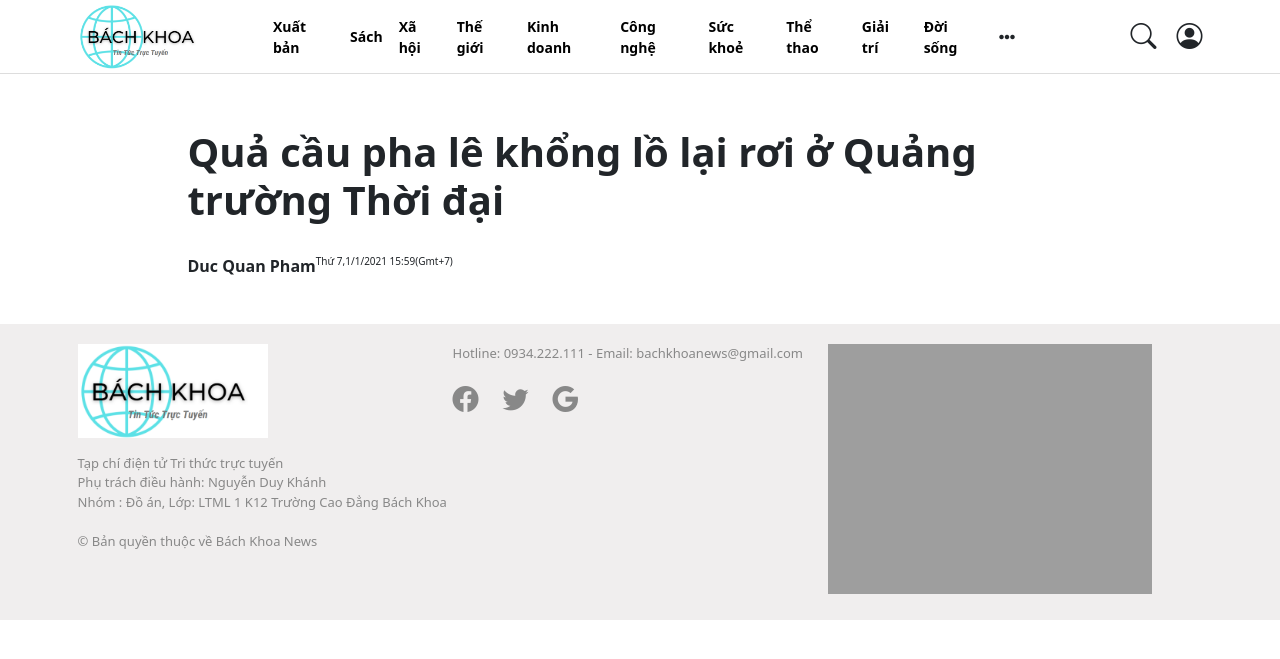
Repository: khanh2324/Java_Web
Page: WebContent/home-new/index.html
These files come from the project's save history. The page is drawn as it stood at one moment and after the next save; the edit follows.
The browser window is 1280 px wide. The pictures show the whole page.
Pictures or frames that could not be fetched are drawn as grey boxes. Some web libraries are served in a nearby version.

Above is the page before, as saved 2022-01-01 16:03:31.

### WebContent/home-new/index.html
<!DOCTYPE html>
<html lang="en">
<head>
    <meta charset="UTF-8">
    <meta http-equiv="X-UA-Compatible" content="IE=edge">
    <meta name="viewport" content="width=device-width, initial-scale=1.0">
    <title>Bách Khoa News</title>
    <!-- Icon Boostrap -->
    <link rel="stylesheet" href="https://cdn.jsdelivr.net/npm/bootstrap-icons@1.3.0/font/bootstrap-icons.css">
    <!-- Link Font -->
    <link href="https://fonts.googleapis.com/css2?family=Roboto:ital,wght@0,100;0,300;0,400;0,500;0,700;0,900;1,100;1,300;1,400;1,500;1,700;1,900&display=swap" rel="stylesheet">

    <!-- OWL -->
    <link rel="stylesheet" href="./css/owl.carousel.min.css">
    <link rel="stylesheet" href="./css/owl.theme.default.min.css">

    <!--Font Awesome -->
    <link rel="stylesheet" href="https://cdnjs.cloudflare.com/ajax/libs/font-awesome/5.15.4/css/all.min.css" integrity="sha512-1ycn6IcaQQ40/MKBW2W4Rhis/DbILU74C1vSrLJxCq57o941Ym01SwNsOMqvEBFlcgUa6xLiPY/NS5R+E6ztJQ==" crossorigin="anonymous" referrerpolicy="no-referrer" />
    <!-- CSS-->
    <link rel="stylesheet" href="./css/bootstrap.css">
    <link rel="stylesheet" href="./css/shared.css">
    <link rel="stylesheet" href="./css/style.css">
    <link rel="stylesheet" href="./css/responsive.css">
</head>
<body>
    <div class="main">
        <!-- Header -->
        <div class="header navbar navbar-expand-lg navbar-light fixed-top d-flex">
            <div class="container">

                <div class="col-lg-2 col-10 header-logo">
                    <a class="header-logo_link" href="#">
                        <div class="header-logo_img"></div>
                    </a>
                </div>

                <div class="col-lg-8 header-nav d-flex">
                    <ul class="header-nav_list d-lg-flex d-none">
                        <li class="header-nav_item">
                            <a href="" class="header-nav_link">Xuất bản</a>
                        </li>
                        <li class="header-nav_item">
                            <a href="" class="header-nav_link">Sách</a>
                        </li>
                        <li class="header-nav_item">
                            <a href="" class="header-nav_link">Xã hội</a>
                        </li>
                        <li class="header-nav_item">
                            <a href="" class="header-nav_link">Thế giới</a>
                        </li>
                        <li class="header-nav_item">
                            <a href="" class="header-nav_link">Kinh doanh</a>
                        </li>
                        <li class="header-nav_item">
                            <a href="" class="header-nav_link">Công nghệ</a>
                        </li>
                        <li class="header-nav_item">
                            <a href="" class="header-nav_link">Sức khoẻ</a>
                        </li>
                        <li class="header-nav_item">
                            <a href="" class="header-nav_link">Thể thao</a>
                        </li>
                        <li class="header-nav_item">
                            <a href="" class="header-nav_link">Giải trí</a>
                        </li>
                        <li class="header-nav_item">
                            <a href="" class="header-nav_link">Đời sống</a>
                        </li>
                    </ul>

                    <div class="header-nav_btn">
                        <i class="fas fa-ellipsis-h"></i>
                    </div>
                </div>

                <div class="col-lg-2">
                    <div class="d-flex justify-content-end">
                        <div class="header-search">
                            <i class="bi bi-search"></i>
                        </div>

                        <div class="header-user">
                            <i class="bi bi-person-circle"></i>

                            <div class="user-options d-none">
                                <ul class="user-options_list">
                                    <li class="user-options_item">
                                        <a href="" class="user-options_link">Đăng ký</a>
                                    </li>
                                    <li class="user-options_item">
                                        <a href="" class="user-options_link">Đăng nhập</a>
                                    </li>
                                </ul>
                            </div>
                        </div>


                    </div>

                </div>
            </div>

        </div>

        <!-- Sub Nav -->
        <div class="header-subnav navbar navbar-expand-lg navbar-light fixed-top d-none">
            <div class="container flex-wrap">
                <div class="col-lg-2 header-subnav_wrap">
                    <div class="header-subnav_title">Xã Hội</div>
                    <ul class="header-subnav_list">
                        <li class="header-subnav_item">
                            <a href="" class="header-subnav_link">Chính trị</a>
                        </li>
                        <li class="header-subnav_item">
                            <a href="" class="header-subnav_link">Nhân sự mới</a>
                        </li>
                        <li class="header-subnav_item">
                            <a href="" class="header-subnav_link">Đô thị</a>
                        </li>
                        <li class="header-subnav_item">
                            <a href="" class="header-subnav_link">Giao thông</a>
                        </li>
                        <li class="header-subnav_item">
                            <a href="" class="header-subnav_link">Saigon Metro</a>
                        </li>
                        <li class="header-subnav_item">
                            <a href="" class="header-subnav_link">Sáng kiến chống dịch</a>
                        </li>
                    </ul>
                </div>

                <div class="col-lg-2 header-subnav_wrap">
                    <div class="header-subnav_title">Xã Hội</div>
                    <ul class="header-subnav_list">
                        <li class="header-subnav_item">
                            <a href="" class="header-subnav_link">Chính trị</a>
                        </li>
                        <li class="header-subnav_item">
                            <a href="" class="header-subnav_link">Nhân sự mới</a>
                        </li>
                        <li class="header-subnav_item">
                            <a href="" class="header-subnav_link">Đô thị</a>
                        </li>
                        <li class="header-subnav_item">
                            <a href="" class="header-subnav_link">Giao thông</a>
                        </li>
                        <li class="header-subnav_item">
                            <a href="" class="header-subnav_link">Saigon Metro</a>
                        </li>
                        <li class="header-subnav_item">
                            <a href="" class="header-subnav_link">Sáng kiến chống dịch</a>
                        </li>
                    </ul>
                </div>

                <div class="col-lg-2 header-subnav_wrap">
                    <div class="header-subnav_title">Xã Hội</div>
                    <ul class="header-subnav_list">
                        <li class="header-subnav_item">
                            <a href="" class="header-subnav_link">Chính trị</a>
                        </li>
                        <li class="header-subnav_item">
                            <a href="" class="header-subnav_link">Nhân sự mới</a>
                        </li>
                        <li class="header-subnav_item">
                            <a href="" class="header-subnav_link">Đô thị</a>
                        </li>
                        <li class="header-subnav_item">
                            <a href="" class="header-subnav_link">Giao thông</a>
                        </li>
                        <li class="header-subnav_item">
                            <a href="" class="header-subnav_link">Saigon Metro</a>
                        </li>
                        <li class="header-subnav_item">
                            <a href="" class="header-subnav_link">Sáng kiến chống dịch</a>
                        </li>
                    </ul>
                </div>

                <div class="col-lg-2 header-subnav_wrap">
                    <div class="header-subnav_title">Xã Hội</div>
                    <ul class="header-subnav_list">
                        <li class="header-subnav_item">
                            <a href="" class="header-subnav_link">Chính trị</a>
                        </li>
                        <li class="header-subnav_item">
                            <a href="" class="header-subnav_link">Nhân sự mới</a>
                        </li>
                        <li class="header-subnav_item">
                            <a href="" class="header-subnav_link">Đô thị</a>
                        </li>
                        <li class="header-subnav_item">
                            <a href="" class="header-subnav_link">Giao thông</a>
                        </li>
                        <li class="header-subnav_item">
                            <a href="" class="header-subnav_link">Saigon Metro</a>
                        </li>
                        <li class="header-subnav_item">
                            <a href="" class="header-subnav_link">Sáng kiến chống dịch</a>
                        </li>
                    </ul>
                </div>

                <div class="col-lg-2 header-subnav_wrap">
                    <div class="header-subnav_title">Xã Hội</div>
                    <ul class="header-subnav_list">
                        <li class="header-subnav_item">
                            <a href="" class="header-subnav_link">Chính trị</a>
                        </li>
                        <li class="header-subnav_item">
                            <a href="" class="header-subnav_link">Nhân sự mới</a>
                        </li>
                        <li class="header-subnav_item">
                            <a href="" class="header-subnav_link">Đô thị</a>
                        </li>
                        <li class="header-subnav_item">
                            <a href="" class="header-subnav_link">Giao thông</a>
                        </li>
                        <li class="header-subnav_item">
                            <a href="" class="header-subnav_link">Saigon Metro</a>
                        </li>
                        <li class="header-subnav_item">
                            <a href="" class="header-subnav_link">Sáng kiến chống dịch</a>
                        </li>
                    </ul>
                </div>

                <div class="col-lg-2 header-subnav_wrap">
                    <div class="header-subnav_title">Xã Hội</div>
                    <ul class="header-subnav_list">
                        <li class="header-subnav_item">
                            <a href="" class="header-subnav_link">Chính trị</a>
                        </li>
                        <li class="header-subnav_item">
                            <a href="" class="header-subnav_link">Nhân sự mới</a>
                        </li>
                        <li class="header-subnav_item">
                            <a href="" class="header-subnav_link">Đô thị</a>
                        </li>
                        <li class="header-subnav_item">
                            <a href="" class="header-subnav_link">Giao thông</a>
                        </li>
                        <li class="header-subnav_item">
                            <a href="" class="header-subnav_link">Saigon Metro</a>
                        </li>
                        <li class="header-subnav_item">
                            <a href="" class="header-subnav_link">Sáng kiến chống dịch</a>
                        </li>
                    </ul>
                </div>

                <div class="col-lg-2 header-subnav_wrap">
                    <div class="header-subnav_title">Xã Hội</div>
                    <ul class="header-subnav_list">
                        <li class="header-subnav_item">
                            <a href="" class="header-subnav_link">Chính trị</a>
                        </li>
                        <li class="header-subnav_item">
                            <a href="" class="header-subnav_link">Nhân sự mới</a>
                        </li>
                        <li class="header-subnav_item">
                            <a href="" class="header-subnav_link">Đô thị</a>
                        </li>
                        <li class="header-subnav_item">
                            <a href="" class="header-subnav_link">Giao thông</a>
                        </li>
                        <li class="header-subnav_item">
                            <a href="" class="header-subnav_link">Saigon Metro</a>
                        </li>
                        <li class="header-subnav_item">
                            <a href="" class="header-subnav_link">Sáng kiến chống dịch</a>
                        </li>
                    </ul>
                </div>

                <div class="col-lg-2 header-subnav_wrap">
                    <div class="header-subnav_title">Xã Hội</div>
                    <ul class="header-subnav_list">
                        <li class="header-subnav_item">
                            <a href="" class="header-subnav_link">Chính trị</a>
                        </li>
                        <li class="header-subnav_item">
                            <a href="" class="header-subnav_link">Nhân sự mới</a>
                        </li>
                        <li class="header-subnav_item">
                            <a href="" class="header-subnav_link">Đô thị</a>
                        </li>
                        <li class="header-subnav_item">
                            <a href="" class="header-subnav_link">Giao thông</a>
                        </li>
                        <li class="header-subnav_item">
                            <a href="" class="header-subnav_link">Saigon Metro</a>
                        </li>
                        <li class="header-subnav_item">
                            <a href="" class="header-subnav_link">Sáng kiến chống dịch</a>
                        </li>
                    </ul>
                </div>

                <div class="col-lg-2 header-subnav_wrap">
                    <div class="header-subnav_title">Xã Hội</div>
                    <ul class="header-subnav_list">
                        <li class="header-subnav_item">
                            <a href="" class="header-subnav_link">Chính trị</a>
                        </li>
                        <li class="header-subnav_item">
                            <a href="" class="header-subnav_link">Nhân sự mới</a>
                        </li>
                        <li class="header-subnav_item">
                            <a href="" class="header-subnav_link">Đô thị</a>
                        </li>
                        <li class="header-subnav_item">
                            <a href="" class="header-subnav_link">Giao thông</a>
                        </li>
                        <li class="header-subnav_item">
                            <a href="" class="header-subnav_link">Saigon Metro</a>
                        </li>
                        <li class="header-subnav_item">
                            <a href="" class="header-subnav_link">Sáng kiến chống dịch</a>
                        </li>
                    </ul>
                </div>

                <div class="col-lg-2 header-subnav_wrap">
                    <div class="header-subnav_title">Xã Hội</div>
                    <ul class="header-subnav_list">
                        <li class="header-subnav_item">
                            <a href="" class="header-subnav_link">Chính trị</a>
                        </li>
                        <li class="header-subnav_item">
                            <a href="" class="header-subnav_link">Nhân sự mới</a>
                        </li>
                        <li class="header-subnav_item">
                            <a href="" class="header-subnav_link">Đô thị</a>
                        </li>
                        <li class="header-subnav_item">
                            <a href="" class="header-subnav_link">Giao thông</a>
                        </li>
                        <li class="header-subnav_item">
                            <a href="" class="header-subnav_link">Saigon Metro</a>
                        </li>
                        <li class="header-subnav_item">
                            <a href="" class="header-subnav_link">Sáng kiến chống dịch</a>
                        </li>
                    </ul>
                </div>

                <div class="col-lg-2 header-subnav_wrap">
                    <div class="header-subnav_title">Xã Hội</div>
                    <ul class="header-subnav_list">
                        <li class="header-subnav_item">
                            <a href="" class="header-subnav_link">Chính trị</a>
                        </li>
                        <li class="header-subnav_item">
                            <a href="" class="header-subnav_link">Nhân sự mới</a>
                        </li>
                        <li class="header-subnav_item">
                            <a href="" class="header-subnav_link">Đô thị</a>
                        </li>
                        <li class="header-subnav_item">
                            <a href="" class="header-subnav_link">Giao thông</a>
                        </li>
                        <li class="header-subnav_item">
                            <a href="" class="header-subnav_link">Saigon Metro</a>
                        </li>
                        <li class="header-subnav_item">
                            <a href="" class="header-subnav_link">Sáng kiến chống dịch</a>
                        </li>
                    </ul>
                </div>

                <div class="col-lg-2 header-subnav_wrap">
                    <div class="header-subnav_title">Xã Hội</div>
                    <ul class="header-subnav_list">
                        <li class="header-subnav_item">
                            <a href="" class="header-subnav_link">Chính trị</a>
                        </li>
                        <li class="header-subnav_item">
                            <a href="" class="header-subnav_link">Nhân sự mới</a>
                        </li>
                        <li class="header-subnav_item">
                            <a href="" class="header-subnav_link">Đô thị</a>
                        </li>
                        <li class="header-subnav_item">
                            <a href="" class="header-subnav_link">Giao thông</a>
                        </li>
                        <li class="header-subnav_item">
                            <a href="" class="header-subnav_link">Saigon Metro</a>
                        </li>
                        <li class="header-subnav_item">
                            <a href="" class="header-subnav_link">Sáng kiến chống dịch</a>
                        </li>
                    </ul>
                </div>


            </div>
        </div>
        <!-- Content -->
        <div class="content category layout-container">
            <div class="container">
                <h1 class="title">Quả cầu pha lê khổng lồ lại rơi ở Quảng trường Thời đại</h1>
                <div class="d-flex mt-5">
                    <p class="category-title_name"><strong>Duc Quan Pham</strong></p> <p class="category-title_time">Thứ 7,1/1/2021 15:59(Gmt+7)</p>
                </div>
                <div class="content-hot d-flex mt-xxl-5">

                </div>
            </div>
        </div>
        <div class="footer">
            <div class="container">
                <div class="footer-wrap d-flex justify-content-start flex-wrap">
                    <div class="col-lg-4 col-6">
                        <div class="footer-logo"></div>
                        <div class="footer-content">
                            <span>Tạp chí điện tử Tri thức trực tuyến</span><br>
                            <span>Phụ trách điều hành: Nguyễn Duy Khánh</span><br>
                            <span>Nhóm : Đồ án, Lớp: LTML 1 K12 Trường Cao Đẳng Bách Khoa</span> <br><br>
                            <span>&copy; Bản quyền thuộc về Bách Khoa News</span>
                        </div>
                    </div>

                    <div class="col-lg-4 col-6">
                        <div class="footer-contact">
                            <div>
                                Hotline: 0934.222.111 - Email: bachkhoanews@gmail.com
                            </div>
                            <div class="footer-social d-flex">
                                <a href=""><i class="bi bi-facebook"></i></a>
                                <a href=""><i class="bi bi-twitter"></i></a>
                                <a href=""><i class="bi bi-google"></i></a>
                            </div>
                        </div>
                    </div>

                    <div class="col-lg-4 col-12">
                        <iframe src="https://www.facebook.com/plugins/page.php?href=https%3A%2F%2Fwww.facebook.com%2FB%25C3%25A1ch-Khoa-News-101628475737965%2F%3Fref%3Dpages_you_manage&tabs=timeline&width=324&height=250&small_header=true&adapt_container_width=true&hide_cover=false&show_facepile=true&appId" width="324" height="250" style="border:none;overflow:hidden" scrolling="no" frameborder="0" allowfullscreen="true" allow="autoplay; clipboard-write; encrypted-media; picture-in-picture; web-share"></iframe>
                    </div>
                </div>
            </div>
        </div>
    </div>

    <script type="text/javascript" src="http://ajax.googleapis.com/ajax/libs/jquery/2.1.3/jquery.min.js"> </script>
    <script src="./js/owl.carousel.min.js"></script>
    <script>

        $(document).ready(function(){
            $('.owl-carousel').owlCarousel({
                loop: false,
                margin:10,
                nav: true,
                dots: false,
                slideBy: 5,
                rewind: false,
                responsive:{
                    0:{
                        items:1
                    },
                    600:{
                        items:3
                    },
                    1000:{
                        items:5
                    }
                }
            })

            // Sub nav
            $('.header-nav_btn').click(function() {
                var SubNavNone = $('.header-subnav').hasClass('d-none');
                if (SubNavNone) {
                    $('.header-subnav').removeClass('d-none');
                }
                else {
                    $('.header-subnav').addClass("d-none");
                }
            })

            $('.header-user').click(function() {
                var UserNone = $('.user-options').hasClass('d-none');
                if (UserNone) {
                    $('.user-options').removeClass('d-none');
                }
                else {
                    $('.user-options').addClass("d-none");
                }
            })
        });




    </script>
</body>
</html>

### WebContent/home-new/css/shared.css
* {
  padding: 0;
  margin: 0;
  box-sizing: inherit;
}

html {
  font-size: 62.5%;
  line-height: 1.6rem;
  font-family: "Roboto", sans-serif;
  box-sizing: border-box;
  scroll-behavior: smooth;
  background-color: var(--white-color);
}

:root {
  --white-color: #fff;
  --black-color: #000;
  --primary-color: #ffcb3e;
  --background-color: #f2f2f2;
  --footer-color: #434343;

  --header-height: 74px;
}

a:hover {
  color: var(--black-color);
  text-decoration: none;
}

a {
  text-decoration: none;
  color: var(--black-color);
}

img {
  cursor: pointer;
  width: 100%;
}

#news-title:hover {
  color: #006ba0;
}
.layout-container {
  max-width: 1000px;
  padding-left: 40px;
  padding-right: 40px;
  display: block;
  margin: 0 auto;
}
h1 {
  font-size: 40px;
  font-weight: 700;
}

### WebContent/home-new/css/responsive.css
/* Mobile & tablet */
@media (max-width: 1023px){
    .header-logo_img{
        background-position: center center;
        padding-top: 10%;
    }

    .multimedia-right_news{
        margin-top: 16px;
    }

}

/* Tablet */
@media (min-width: 740px) and (max-width: 1023px) {

}

/* Mobile */

@media (min-width: 768px){

}

Loaded but not shown: WebContent/home-new/css/owl.carousel.min.css (library); WebContent/home-new/css/owl.theme.default.min.css (common file); WebContent/home-new/css/bootstrap.css (library); WebContent/home-new/js/owl.carousel.min.js (library); WebContent/home-new/css/style.css (172 lines, source omitted)

After the next save:
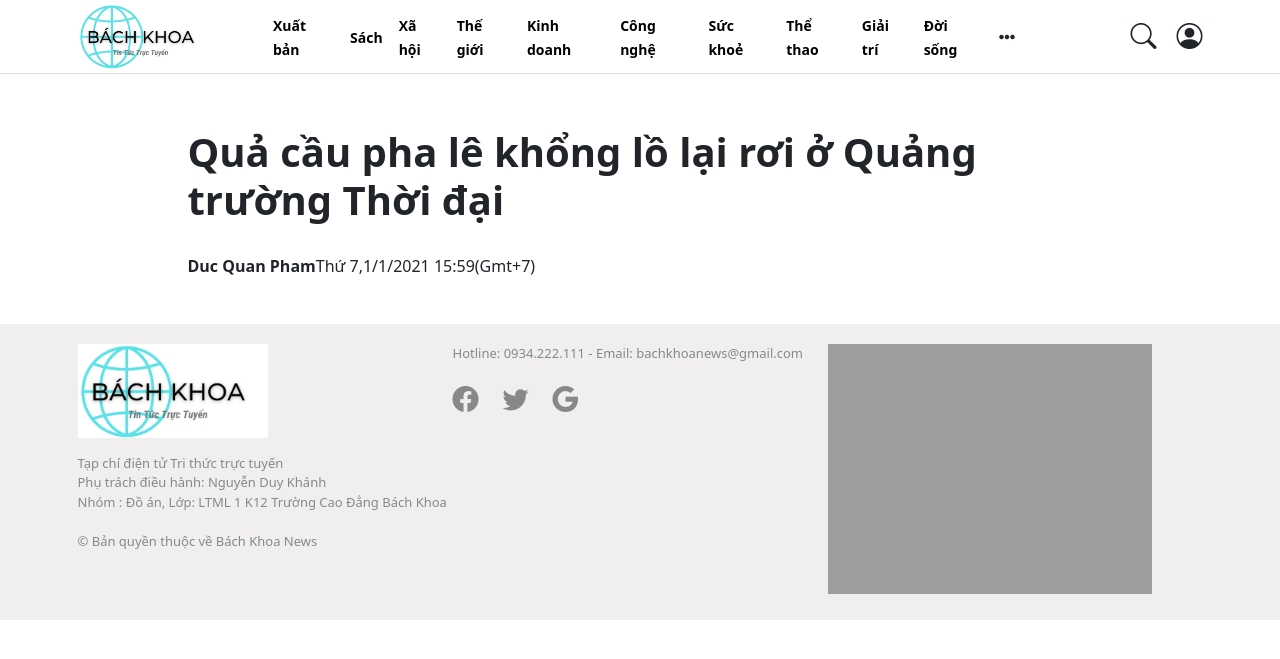
Saved 15 s later.
--- a/WebContent/home-new/css/shared.css
+++ b/WebContent/home-new/css/shared.css
@@ -12,7 +12,9 @@ html {
   scroll-behavior: smooth;
   background-color: var(--white-color);
 }
-
+body {
+  font-size: 1.6rem;
+}
 :root {
   --white-color: #fff;
   --black-color: #000;
